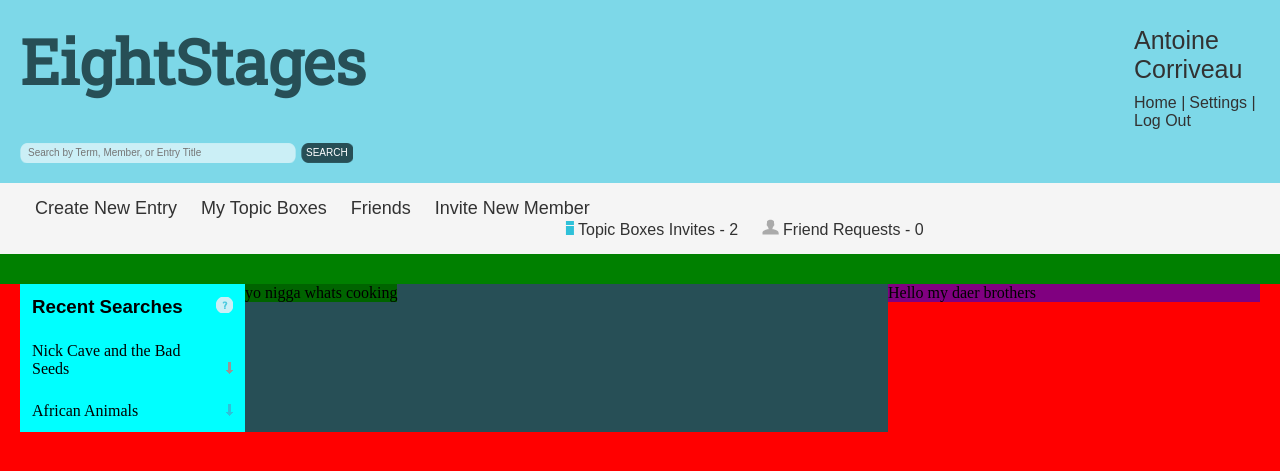
Repository: bhattaraib58/eighstages-lf-design
Page: Assignment 3/Eight Stages Website Mockup Done/index.html
The author's editor kept a copy of each file at every save. The page is drawn from the files as they stood at one save, then again after the next save.
The browser window is 1280 px wide. The pictures show the whole page.
Some web fonts or font styles are not loaded; a fallback is used.

Above is the page before, as saved 2019-06-09 23:59:25.

### Assignment 3/Eight Stages Website Mockup Done/index.html
<!DOCTYPE html>
<html lang="en">

<head>
    <meta charset="UTF-8">
    <meta name="viewport" content="width=device-width, initial-scale=1.0">
    <meta http-equiv="X-UA-Compatible" content="ie=edge">
    <link href="https://fonts.googleapis.com/css?family=Roboto+Slab:300,400&display=swap" rel="stylesheet">
    <link href="https://fonts.googleapis.com/css?family=Istok+Web&display=swap" rel="stylesheet">
    <link rel="stylesheet" href="css/reset.css">
    <link rel="stylesheet" href="css/style.css">
    <title>EightStages</title>
</head>

<body>
    <div class="header">
        <div class="top-header clearfix">
            <div class="logo-search">
                <div class="logo">
                    <h1><a href="#">EightStages</a></h1>
                </div>
                <form action="#">
                    <div class="input">
                        <input type="text" name="search-box" placeholder="Search by Term, Member, or Entry Title">
                    </div>
                    <div class="button">
                        <button type="submit">SEARCH</button>
                    </div>
                </form>
            </div>
            <div class="profile-info">
                <div class="title"><a href="#">Antoine Corriveau</a></div>
                <ul class="horizontal-line">
                    <li><a href="#">Home |</a></li>
                    <li><a href="#">Settings |</a></li>
                    <li><a href="#">Log Out</a></li>
                </ul>
            </div>
        </div>
        <div class="bottom-header clearfix">
            <ul class="menu-items">
                <li><a href="#">Create New Entry</a></li>
                <li><a href="#">My Topic Boxes</a></li>
                <li><a href="#">Friends</a></li>
                <li><a href="#">Invite New Member</a></li>
            </ul>
            <div class="user-info">
                <a href="#" class="topic-invites">
                    <img src="images/topic-invites.png" alt="Topic Invites Icon">
                    <span>Topic Boxes Invites - </span>
                    <span>2</span>
                </a>
                <a href="#" class="friend-requests">
                    <img src="images/user.png" alt="User Icon">
                    <span>Friend Requests - </span>
                    <span>0</span>
                </a>
            </div>
        </div>
    </div>
    <div class="container">
        <div class="searches-entries-container">
            <div class="searches-container">
                <div class="recent-searches">
                    <div class="content">
                        <h3>Recent Searches </h2>
                        <img src="images/question-mark.png" alt="Question Mark">
                    </div>
                    <div class="searches-content">
                        <div class="content">
                            <div>Nick Cave and the Bad Seeds</div>
                            <img src="images/download-gray.png" alt="Downlaod Gray Icon">
                        </div>
                        <div class="content">
                            <div>African Animals</div>
                            <img src="images/download-lit.png" alt="Downlaod Lit Icon">
                        </div>
                    </div>
                    <!-- Recent Searches  Nick Cave and the Bad Seeds  African Animals   -->
                </div>
                <div class="saved-searches">

                </div>
            </div>
            <div class="entries-container">
                yo nigga whats cooking
            </div>
        </div>
        <div class="short-links-container">
            Hello my daer brothers
        </div>
    </div>
</body>

</html>

### Assignment 3/Eight Stages Website Mockup Done/css/reset.css
*
{
    margin: 0px;
    padding: 0px;
    box-sizing: border-box;
}

### Assignment 3/Eight Stages Website Mockup Done/css/style.css
body {
    background-color: red;
}

.header {
    background-color: green;
}

.top-header {
    background-color: #7dd8e8;
    padding: 20px;
}

.logo-search {
    width: 60%;
    float: left;
}

.clearfix::after {
    content: "";
    clear: both;
    display: table;
}

.logo {
    margin-right: 22px;
    font-family: 'Roboto Slab', serif;
    float: left;
}

.logo a {
    color: #274f56;
    text-decoration: none;
    font-size: 62px;
}

form {
    float: left;
    margin-top: 40px;
    margin-right: 178px;
}

form input {
    margin-right: 5px;
    width: 276px;
    height: 20px;
    background-color: transparent;
    border: 0px;
    padding: 8px;
    font-size: 10px;
    color: #5c5c5c;
    font-family: "Istok Web ", sans-serif;
    outline: none;
    display: inline-block;
}

form .input {
    background: url(../images/input.png) no-repeat;
    float: left;
}

form button {
    display: inline-block;
    outline: none;
    color: #ffffff;
    font-family: "Istok Web ", sans-serif;
    background-color: transparent;
    border: 0px;
    padding: 5px;
    font-size: 10px;
    text-align: center;
    display: inline-block;
}

form .button {
    background: url(../images/button.png) no-repeat;
    float: left;
}

.profile-info {
    width: 40%;
    float: right;
    margin-top: 6px;
    padding-left: 370px;
}

.title {
    font-size: 25px;
    font-family: "Muli", sans-serif;
    margin-bottom: 10px;
}

.profile-info a {
    color: #323232;
    text-decoration: none;
}

ul.horizontal-line li {
    display: inline;
    font-family: "Istok Web ", sans-serif;
    font-size: 16px;
}

.bottom-header {
    background-color: #f5f5f5;
    padding: 15px;
}

.menu-items {
    float: left;
}

.menu-items li {
    display: inline-block;
    font-family: "Istok Web ", sans-serif;
    font-size: 18px;
    margin-left: 20px;
}

.menu-items a {
    color: #323232;
    text-decoration: none;
}

.user-info {
    float: left;
    margin-left: 550px;
}

.user-info a {
    margin-right: 20px;
    text-decoration: none;
    color: #323232;
}

.user-info span {
    font-family: "Istok Web ", sans-serif;
    font-size: 16px;
}

.container {
    padding: 30px 20px 0px 20px;
    background-color: green;
}

.searches-entries-container {
    width: 70%;
    float: left;
    background-color: #274f56;
}

.searches-container {
    float: left;
    background-color: aqua;
}

.entries-container {
    float: left;
    background-color: darkgreen;
}

.short-links-container {
    width: 30%;
    background-color: purple;
    float: left;
}

.content h3 {
    width: 155px;
    word-wrap: break-word;
    display: inline-block;
    font-family: "Istok Web ", sans-serif;
    margin-right: 25px;
}
.content
{
    padding: 12px;
}

.content div {
    width: 155px;
    word-wrap: break-word;
    display: inline-block;
    margin-right: 35px;
}

After the next save:
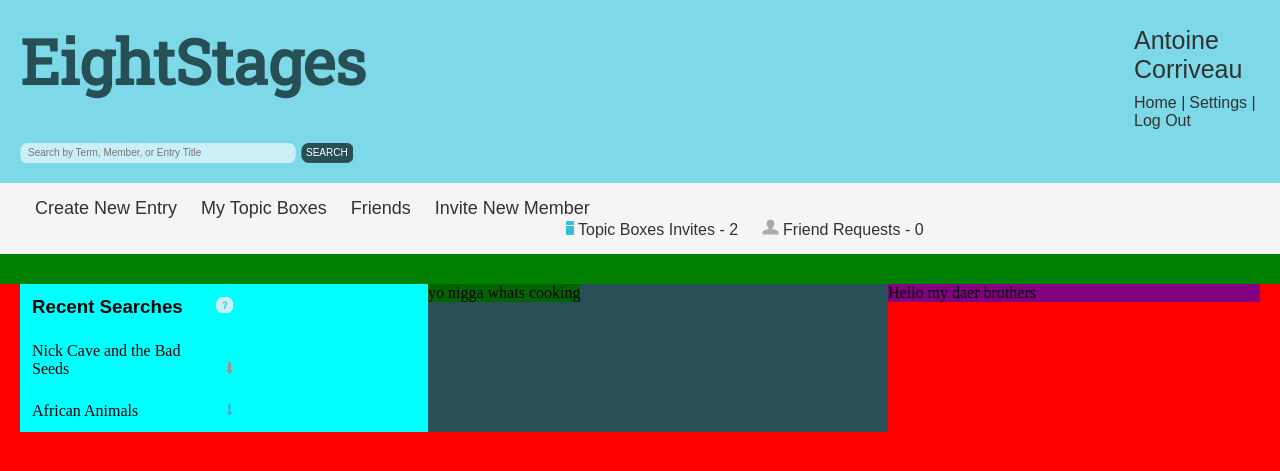
Saved 47 s later.
--- a/Assignment 3/Eight Stages Website Mockup Done/index.html
+++ b/Assignment 3/Eight Stages Website Mockup Done/index.html
@@ -69,7 +69,10 @@
                     <div class="searches-content">
                         <div class="content">
                             <div>Nick Cave and the Bad Seeds</div>
-                            <img src="images/download-gray.png" alt="Downlaod Gray Icon">
+                            <div>
+                                <img src="images/download-gray.png" alt="Downlaod Gray Icon">
+
+                            </div>
                         </div>
                         <div class="content">
                             <div>African Animals</div>

After the save that followed:
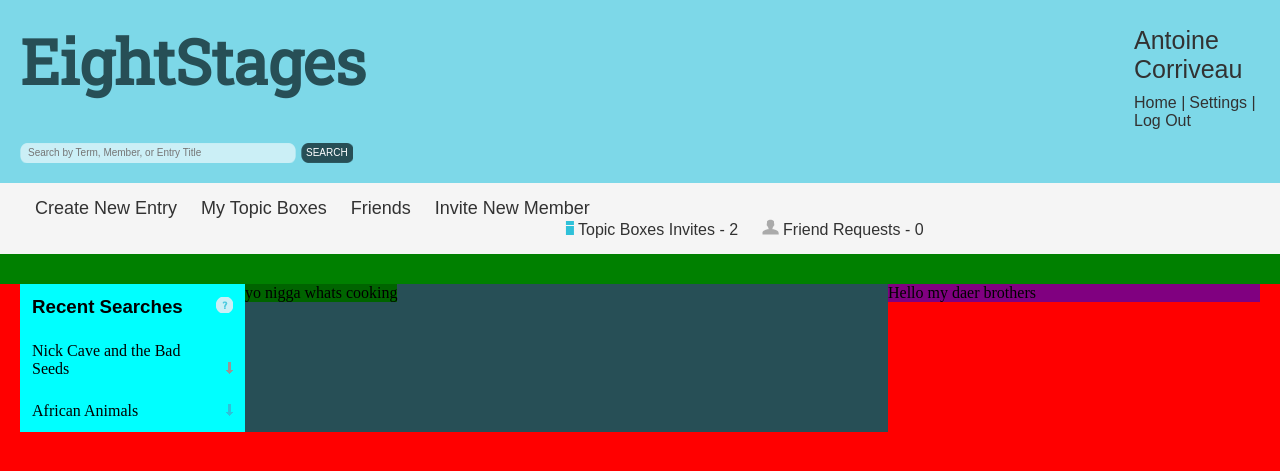
Saved 17 s later.
--- a/Assignment 3/Eight Stages Website Mockup Done/index.html
+++ b/Assignment 3/Eight Stages Website Mockup Done/index.html
@@ -69,10 +69,7 @@
                     <div class="searches-content">
                         <div class="content">
                             <div>Nick Cave and the Bad Seeds</div>
-                            <div>
-                                <img src="images/download-gray.png" alt="Downlaod Gray Icon">
-
-                            </div>
+                            <img src="images/download-gray.png" alt="Downlaod Gray Icon">
                         </div>
                         <div class="content">
                             <div>African Animals</div>
